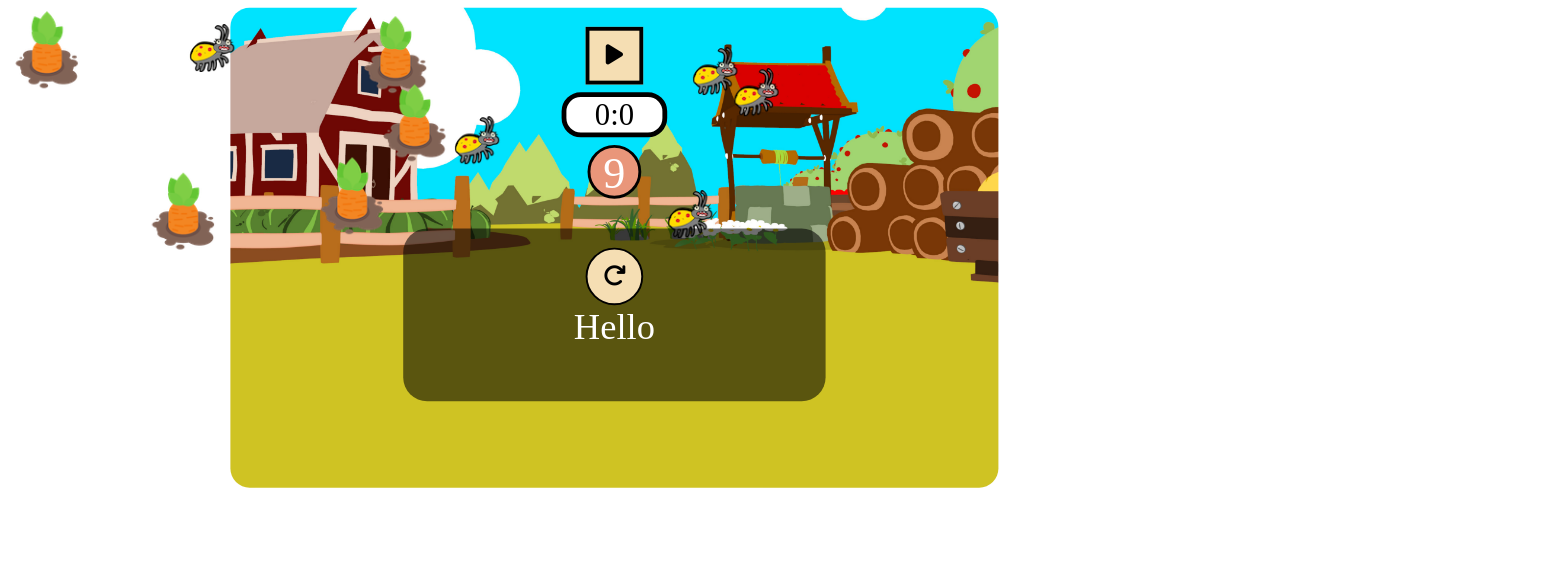
Repository: rumor1993/DreamCoding-Browser101
Page: Chapter07/ellie/index.html
An editor plug-in stored every save of this project. The page is shown before and after the next save, followed by the edit.
The browser window is 1280 px wide. The page is 1280 px wide, then 1628 px, then 1280 px, so the pictures cover 1628 px, including what lies to the right of the window. The pictures show the whole page, at 96% of full size.
Some web libraries are served in a nearby version.

Above is the page before, as saved 2021-01-03 21:42:58.

### Chapter07/ellie/index.html
<!DOCTYPE html>
<html lang="en">
  <head>
    <meta charset="UTF-8" />
    <meta name="viewport" content="width=device-width, initial-scale=1.0" />
    <title>Document</title>
    <link rel="stylesheet" href="index.css" />
    <script src="https://kit.fontawesome.com/86c035f01d.js" crossorigin="anonymous"></script>
    <script src="index.js"></script>
  </head>
  <body>
    <section class="game">
      <header class="game-header">
        <button class="game-button">
          <i class="fas fa-play"></i>
        </button>
        <span class="game-timer">0:0</span>
        <span class="game-score">9</span>
      </header>
      <section class="game-field"></section>
    </section>
    <section class="pop-up">
      <button class="pop-up-refresh">
        <i class="fas fa-redo"></i>
      </button>
      <span class="pop-up-message">Hello</span>
    </section>
  </body>
</html>

### Chapter07/ellie/index.css
button {
  border: none;
  outline: none;
  cursor: pointer;
}

body {
  text-align: center;
}

.game {
  display: flex;
  flex-direction: column;
  width: 800px;
  height: 500px;
  margin: auto;
  background: url("../carrot/img/background.png") center/cover;
  border-radius: 20px;
}

.game-header {
  display: flex;
  flex-direction: column;
  align-items: center;
  padding: 20px;
}

.game-button {
  width: 60px;
  height: 60px;
  background-color: wheat;
  border: 4px solid black;
  font-size: 24px;
  transition: transform 300ms ease-in;
}

.game-button:hover {
  transform: scale(1.1);
}

.game-timer {
  width: 100px;
  background-color: white;
  text-align: center;
  border: 5px solid black;
  border-radius: 20px;
  font-size: 32px;
  margin-top: 8px;
}

.game-score {
  text-align: center;
  width: 50px;
  height: 50px;
  font-size: 46px;
  margin-top: 8px;
  border: 3px solid black;
  border-radius: 50%;
  background-color: darksalmon;
  color: white;
}

.game-field {
  width: 100%;
  height: 100%;
  margin-top: 40px;
}

.pop-up {
  width: 400px;
  height: 140px;
  margin: auto;
  padding: 20px;
  border-radius: 25px;
  background-color: #00000090;
  color: white;
  text-align: center;
  transform: translateY(-150%);
}

.pop-up-hide {
  display: none;
}

.pop-up-refresh {
  width: 60px;
  height: 60px;
  font-size: 24px;
  background-color: wheat;
  border: 2px solid black;
  border-radius: 50%;
}

.pop-up-message {
  display: block;
  font-size: 38px;
}
/*
.carrot {
  display: inline-block;
  background-repeat: no-repeat;
  background: url("../carrot/img/carrot.png");
} */

### Chapter07/ellie/index.js
window.addEventListener("load", () => {
  const gameField = document.querySelector(".game-field");
  const fieldRect = gameField.getBoundingClientRect();
  let carrotCount = 10;

  initGame();
  addItem("carrot", 5, "../carrot/img/carrot.png");
  addItem("bug", 5, "../carrot/img/bug.png");

  function initGame() {
    console.log(fieldRect);
  }

  function addItem(className, count, imagePath) {
    const x1 = 0;
    const y1 = 0;
    const x2 = fieldRect.width;
    const y2 = fieldRect.height;

    for (let i = 0; i < count; i++) {
      const item = document.createElement("img");
      item.setAttribute("class", className);
      item.setAttribute("src", imagePath);
      item.style.position = "absolute";
      const x = randomNumber(x1, x2);
      const y = randomNumber(y1, y2);
      item.style.left = `${x}px`;
      item.style.top = `${y}px`;
      gameField.appendChild(item);
    }
  }

  function randomNumber(min, max) {
    return Math.random() * (max - min) + min;
  }

  function createCarrot() {
    const carrot = document.createElement("div");
    carrot.setAttribute("class", "carrot");
    gameField.appendChild(carrot);
  }

  function createBug() {
    const bug = document.createElement("div");
    bug.setAttribute("class", "bug");
    gameField.appendChild(bug);
  }
});

After the next save:
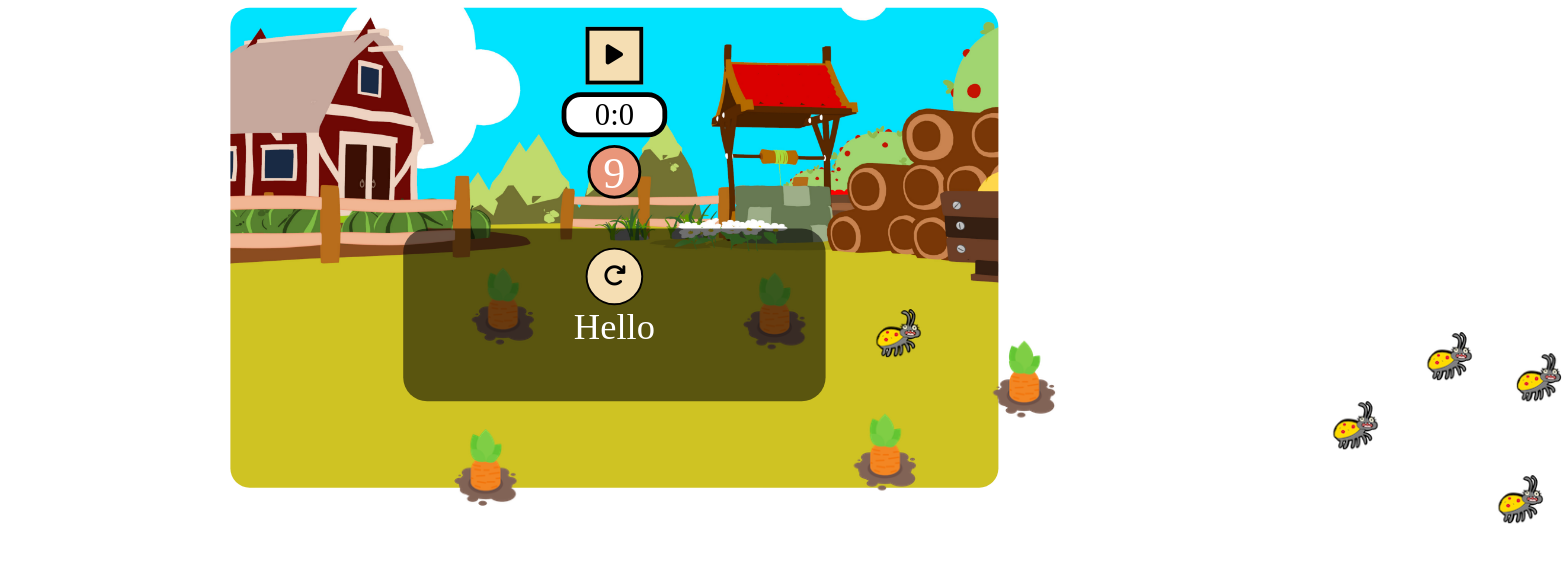
Saved 80 s later.
--- a/Chapter07/ellie/index.js
+++ b/Chapter07/ellie/index.js
@@ -21,7 +21,7 @@
       const item = document.createElement("img");
       item.setAttribute("class", className);
       item.setAttribute("src", imagePath);
-      item.style.position = "absolute";
+      item.style.position = "relative";
       const x = randomNumber(x1, x2);
       const y = randomNumber(y1, y2);
       item.style.left = `${x}px`;

After the save that followed:
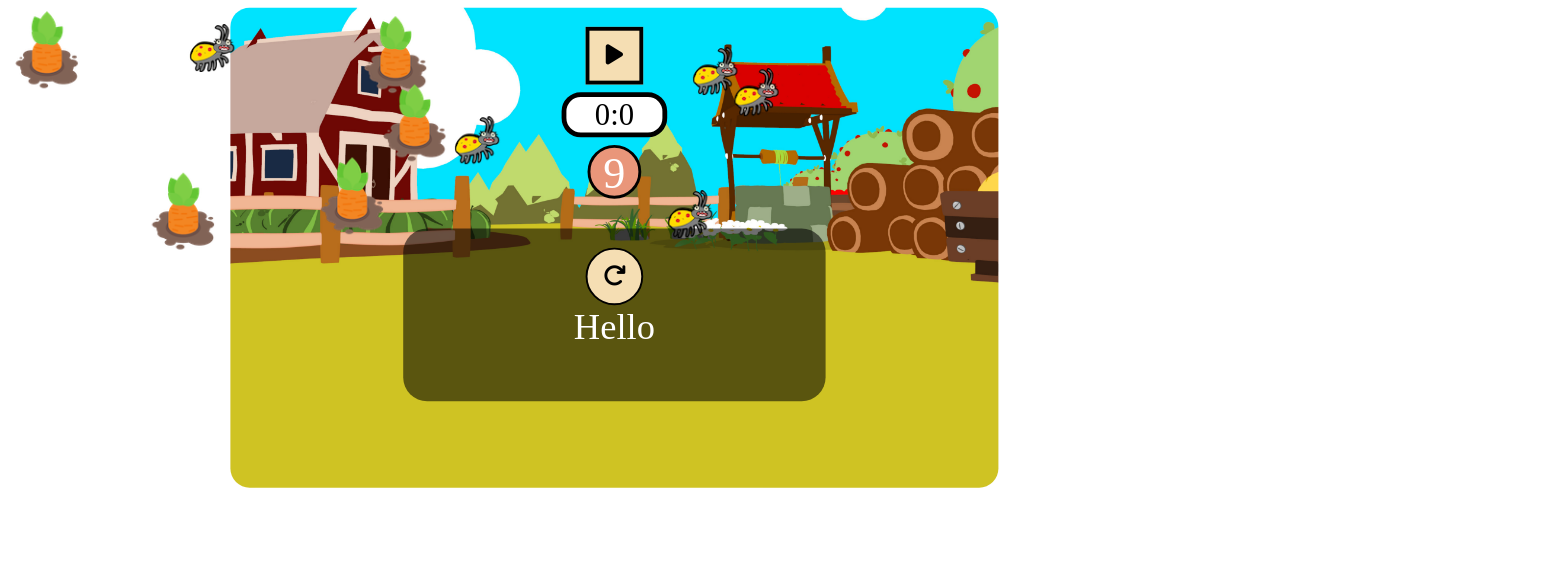
Saved 4 s later.
--- a/Chapter07/ellie/index.js
+++ b/Chapter07/ellie/index.js
@@ -21,7 +21,7 @@
       const item = document.createElement("img");
       item.setAttribute("class", className);
       item.setAttribute("src", imagePath);
-      item.style.position = "relative";
+      item.style.position = "absolute";
       const x = randomNumber(x1, x2);
       const y = randomNumber(y1, y2);
       item.style.left = `${x}px`;
